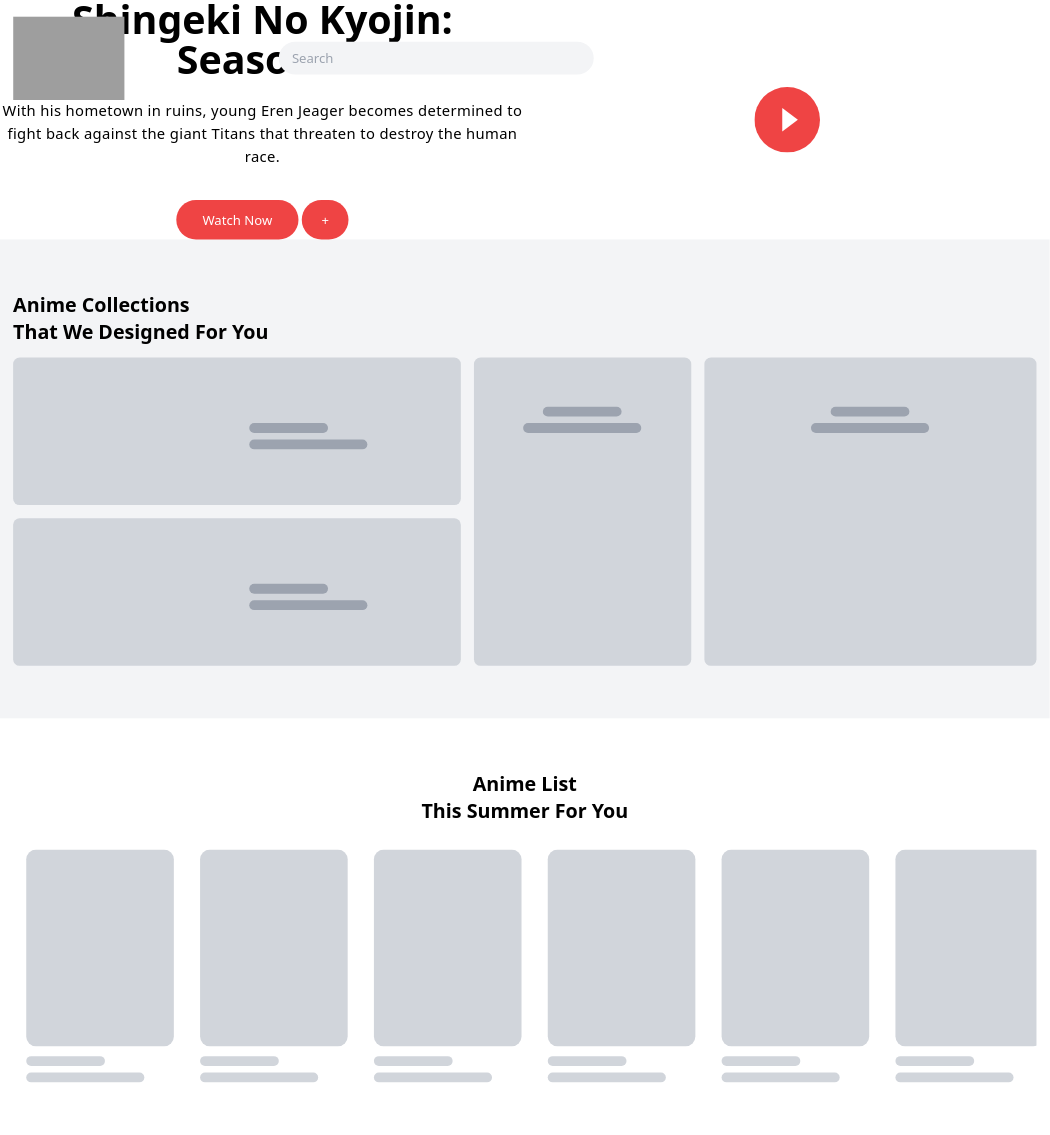
Repository: farrelmuhammad/anime-collections
Page: /
The author's editor kept a copy of each file at every save. The page is drawn from the files as they stood at one save, then again after the next save.
The browser window is 1280 px wide. The pictures show the whole page, at 82% of full size.
Pictures or frames that could not be fetched are drawn as grey boxes. The page's requests for data from a server got no answer. The project was rebuilt for these pictures with package versions that can differ from the ones it lists, and the page was loaded fresh each time. No one was signed in, and anything a server would have sent is missing. Also part of the build but not shown: src/App.css.

Above is the page before, as saved 2023-08-06 01:47:59.

### src/index.tsx
import React from 'react';
import ReactDOM from 'react-dom/client';
import "./assets/css/app.css";
import App from './App';
import reportWebVitals from './reportWebVitals';
import { BrowserRouter } from 'react-router-dom';
import { ApolloProvider } from '@apollo/client';
import client from './services/apollo-client'; // Assuming your apollo-client.ts is in the 'services' folder

const root = ReactDOM.createRoot(
  document.getElementById('root') as HTMLElement
);
root.render(
  <ApolloProvider client={client}>
    <React.StrictMode>
      <BrowserRouter>
        <App />
      </BrowserRouter>
    </React.StrictMode>
  </ApolloProvider>,
);

// If you want to start measuring performance in your app, pass a function
// to log results (for example: reportWebVitals(console.log))
// or send to an analytics endpoint. Learn more: https://bit.ly/CRA-vitals
reportWebVitals();

### src/assets/css/app.css
@import url("https://fonts.googleapis.com/css2?family=Open+Sans:wght@300;400;600&display=swap");
@tailwind base;
@tailwind components;
@tailwind utilities;

/* body {
  background-color: #16181f;
} */

/* utils */

.grid {
  grid-auto-flow: row dense;
  grid-auto-rows: minmax(180px, auto);
}

.stretched-link {
  @apply absolute inset-0 z-10;
}

/* card */

.card .card-shadow {
  @apply transition duration-300 shadow-none h-full;
}

.card:hover .card-shadow {
  @apply shadow-lg;
}

/* overlay */

.overlay {
  @apply absolute;
}

.overlay * {
  @apply transition-all duration-200;
}

.overlay.hoverable > * {
  @apply opacity-0;
}

.overlay.hoverable:hover > * {
  @apply opacity-100;
}

.overlay .video {
  @apply absolute transform bg-red-500 bg-no-repeat bg-center w-20 h-20 rounded-full items-center justify-center flex -translate-x-1/2 -translate-y-1/2;
  content: '';
  top: 50%;
  left: 50%;
  transform: translate(-50%, -50%);
  background-image: url("data:[embedded picture, 193 characters]");
}


@media only screen and (max-width: 768px) {
  .hero .hero-image,
  .hero .hero-caption {
    min-height: 90vh;
  }
  .hero .hero-cta {
    @apply w-12 h-12;
    transform: translateX(-75px) translateY(-50%);
    background-size: 37.5%;
  }
}

/* breadcrumb */

ul.breadcrumb {
  @apply flex flex-row items-center text-lg;
}

ul.breadcrumb li:not(:last-child):after {
  content: "/";
  @apply px-4;
}

ul.breadcrumb li:not(:last-child) a {
  @apply font-light;
}

ul.breadcrumb li:last-child a {
  @apply font-semibold;
}

/* slider */

.slider {
  @apply flex my-4 flex-col;
}

.slider .thumbnail {
  @apply w-screen order-last -mx-2 overflow-auto flex pl-4;
}

.slider .thumbnail .item {
  @apply rounded relative rounded-lg mb-4 cursor-pointer;
  width: 106px;
  height: 106px;
}

.slider .thumbnail .item:after {
  content: "";
  @apply transition duration-200 absolute inset-0 bg-black bg-opacity-0 border-2 border-black border-opacity-0 rounded-lg;
}

.slider .thumbnail .item.selected:after {
  content: "";
  @apply bg-opacity-25 border-opacity-100;
}

.slider .preview {
  @apply mb-4 px-4;
  height: 320px;
}

@media only screen and (min-width: 768px) {
  .slider {
    @apply flex-row;
  }
  .slider .thumbnail {
    @apply w-auto order-first block overflow-visible pl-0;
  }
  .slider .preview {
    height: 600px;
    width: 560px;
  }
}

a.cart svg g circle.dot {
  @apply hidden;
}

a.cart.cart-filled svg g circle.dot {
  @apply block;
}

button[disabled] {
  @apply bg-gray-300 hover:bg-gray-300 text-gray-400 hover:text-gray-400 cursor-not-allowed;
}

section:not(.bg-gray-100) + section.sitemap > div {
  @apply border-t;
}

### src/App.tsx
import React from 'react';
import logo from './logo.svg';
import './App.css';
import { Routes, Route } from 'react-router-dom';
import Home from './pages/Home';

function App() {
  return (
    <>
      <Routes>
        <Route path="/" element={<Home />} />
      </Routes>
    </>
  );
}

export default App;

### src/services/apollo-client.ts
import { ApolloClient, InMemoryCache } from '@apollo/client';

const client = new ApolloClient({
    uri: 'https://graphql.anilist.co', // AniList GraphQL API endpoint
    cache: new InMemoryCache(),
});

export default client;

### src/pages/Home.tsx
import React from 'react'
import Header from '../parts/Header'
import Hero from '../parts/Home/Hero'
import Categories from '../parts/Home/Categories'
import AnimeList from '../parts/Home/AnimeList'

const Home = () => {
    return (
        <>
            <Header theme="white" position="absolute" />
            <Hero />
            <Categories />
            <AnimeList />
        </>
    )
}

export default Home

### src/parts/Home/Hero.tsx
import React, { useState, useEffect } from "react";
import axios from "axios";

const Hero: React.FC = () => {
    const [randomImage, setRandomImage] = useState<string | null>(null);

    useEffect(() => {
        fetchRandomAnimeImage();
    }, []);

    const fetchRandomAnimeImage = async () => {
        try {
            const response = await axios.get("https://picsum.photos/800/600");
            console.log(response.request.responseURL);
            setRandomImage(response.request.responseURL);
        } catch (error) {
            console.error("Error fetching random image:", error);
        }
    };

    return (
        <section className="flex items-center hero">
            <div className="w-full absolute z-20 inset-0 md:relative md:w-1/2 text-center flex flex-col justify-center hero-caption">
                <h1 className="text-3xl md:text-5xl leading-tight font-semibold">
                    Shingeki No Kyojin: <br className="" />
                    Season 4
                </h1>
                <h2 className="px-8 text-base md:px-0 md:text-lg my-6 tracking-wide">
                    With his hometown in ruins, young Eren Jeager becomes determined to fight back against the giant Titans that threaten to destroy the human race.
                </h2>

                <div>
                    <a
                        href="#browse-the-room"
                        className="bg-red-500 text-white hover:bg-black hover:text-red-400 rounded-full px-8 py-3 mt-4 mr-1 inline-block flex-none transition duration-200"
                    >
                        Watch Now
                    </a>
                    <a
                        href="#browse-the-room"
                        className="bg-red-500 text-white hover:bg-black hover:text-red-400 rounded-full px-6 py-3 mt-4 inline-block flex-none transition duration-200"
                        title="Watch List"
                    >
                        +
                    </a>

                </div>
            </div>
            <div className="w-full inset-0 md:relative md:w-1/2">
                <div className="relative hero-image">
                    <div className="overlay inset-0 bg-black opacity-35 z-10"></div>
                    <div className="overlay right-0 bottom-0 md:inset-0">
                        <button
                            className="video hero-cta focus:outline-none z-30 modal-trigger"
                            data-content='<div class="w-screen pb-56 md:w-88 md:pb-56 relative z-50">
              <div class="absolute w-full h-full">
                <iframe
                  width="100%"
                  height="100%"
                  src="https://www.youtube.com/embed/3h0_v1cdUIA"
                  frameborder="0"
                  allow="accelerometer; autoplay; clipboard-write; encrypted-media; gyroscope; picture-in-picture"
                  allowfullscreen
                ></iframe>
              </div>
            </div>'
                        ></button>
                    </div>
                    {randomImage && ( // Add this condition to render the image only when randomImage is not null
                        <img
                            src={randomImage}
                            alt="hero 1"
                            className="absolute inset-0 md:relative w-full h-full object-cover object-center"
                        />
                    )}
                </div>
            </div>
        </section>
    );
};

export default Hero;

### src/parts/Home/Categories.tsx
import React, { useEffect } from "react";
// import useAsync from "../../helpers/hooks/useAsync";
import fetch from "../../helpers/fetch";

interface Category {
    id: number;
    title: string;
    imageUrl: string;
    products: number;
    ratio: {
        default: string;
        md: string;
    };
}

interface CategoriesProps { }

function Loading({ ratio }: { ratio: any }) {
    const dummy = [
        {
            id: 1,
            ratio: {
                default: "1/9",
                md: "1/4",
            },
        },
        {
            id: 2,
            ratio: {
                default: "1/9",
                md: "2/2",
            },
        },
        {
            id: 3,
            ratio: {
                default: "1/9",
                md: "2/3",
            },
        },
        {
            id: 4,
            ratio: {
                default: "1/9",
                md: "1/4",
            },
        },
    ];

    return (
        <>
            {dummy.map((item, index) => (
                <div
                    key={item.id}
                    className={`relative card ${ratio?.wrapper.default?.[item.ratio.default]
                        } ${ratio?.wrapper.md?.[item.ratio.md]}`}
                    style={{ height: index === 0 ? 180 : "auto" }}
                >
                    <div className="bg-gray-300 rounded-lg w-full h-full">
                        <div className={`overlay  ${ratio?.meta?.[item.ratio.md]}`}>
                            <div className="w-24 h-3 bg-gray-400 mt-3 rounded-full"></div>
                            <div className="w-36 h-3 bg-gray-400 mt-2 rounded-full"></div>
                        </div>
                    </div>
                </div>
            ))}
        </>
    );
}

const Categories: React.FC<CategoriesProps> = () => {
    // const { data, status, error, run, isLoading } = useAsync<{ data: Category[] }>();

    // useEffect(() => {
    //     run(
    //         fetch({
    //             url: "/api/categories/?page=1&limit=4",
    //         })
    //     );
    // }, [run]);

    const ratioClassNames = {
        wrapper: {
            default: {
                "1/9": "col-span-9 row-span-1",
            },
            md: {
                "1/4": "md:col-span-4 md:row-span-1",
                "2/2": "md:col-span-2 md:row-span-2",
                "2/3": "md:col-span-3 md:row-span-2",
            },
        },
        meta: {
            "1/9":
                "left-0 top-0 bottom-0 flex justify-center flex-col pl-48 md:pl-72",
            "1/4":
                "left-0 top-0 bottom-0 flex justify-center flex-col pl-48 md:pl-72",
            "2/2":
                "inset-0 md:bottom-auto flex justify-center md:items-center flex-col pl-48 md:pl-0 pt-0 md:pt-12",
            "2/3":
                "inset-0 md:bottom-auto flex justify-center md:items-center flex-col pl-48 md:pl-0 pt-0 md:pt-12",
        },
    };

    return (
        <section className="flex bg-gray-100 py-16 px-4" id="browse-the-room">
            <div className="container mx-auto">
                <div className="flex flex-start mb-4">
                    <h3 className="text-2xl capitalize font-semibold">
                        Anime Collections <br className="" />
                        that we designed for you
                    </h3>
                </div>
                <div className="grid grid-rows-2 grid-cols-9 gap-4">
                    {/* {isLoading ? (
                    <Loading ratio={ratioClassNames} />
                ) : (
                    data?.data.map((item, index) => {
                        return (
                            <div
                                key={item.id}
                                className={`relative card ${ratioClassNames?.wrapper.default?.[item.ratio.default]
                                    } ${ratioClassNames?.wrapper.md?.[item.ratio.md]}`}
                                style={{ height: index === 0 ? 180 : "auto" }}
                            >
                                <div className="card-shadow rounded-xl">
                                    <img
                                        src={`../../assets/images/content/${item.imageUrl}`}
                                        alt={item.title}
                                        className="w-full h-full object-cover object-center overlay overflow-hidden rounded-xl"
                                    />
                                </div>
                                <div
                                    className={`overlay  ${ratioClassNames?.meta?.[item.ratio.md]
                                        }`}
                                >
                                    <h5 className="text-lg font-semibold">{item.title}</h5>
                                    <span className="">
                                        {item.products} item{item.products > 1 ? "s" : ""}
                                    </span>
                                </div>
                            </div>
                        );
                    })
                )} */}
                    <Loading ratio={ratioClassNames} />
                </div>
            </div>
        </section>
    );
};

export default Categories;

### src/parts/Home/AnimeList.tsx
import React, { useEffect, useRef } from "react";
// import useAsync from "../../helpers/hooks/useAsync";
import fetch from "../../helpers/fetch";
import { Link } from "react-router-dom";
// import Carousel from "../../components/Carousel";
import { useQuery } from '@apollo/client';
import { GET_ANIME_LIST } from '../../graphql/queries';
// import Carousel from "../../components/Carousel";

interface DataItem {
    id: number;
    imageUrl: string;
    title: string;
    price: number;
    idc: number;
}


function Loading() {
    return (
        <>
            {Array(8)
                .fill(null)
                .map((_, index) => {
                    return (
                        <div className="px-4 relative card group" key={index}>
                            <div
                                className="rounded-xl bg-gray-300 overflow-hidden card-shadow relative"
                                style={{ width: "180px", height: "240px" }}
                            ></div>
                            <div className="w-24 h-3 bg-gray-300 mt-3 rounded-full"></div>
                            <div className="w-36 h-3 bg-gray-300 mt-2 rounded-full"></div>
                        </div>
                    );
                })}
        </>
    );
}

const AnimeList: React.FC = () => {
    // const { data, error, run, isLoading } = useAsync<{ data: Product[] }>();
    const { loading, error, data } = useQuery(GET_ANIME_LIST);
    console.log(loading, error, data);

    const refContainer = useRef<HTMLDivElement>(null);

    // useEffect(() => {
    //     run(
    //         fetch({
    //             url: "/api/products/?page=1&limit=10",
    //         })
    //     );
    // }, [run]);

    return (
        <section className="flex flex-col py-16">
            <div className="container mx-auto mb-4">
                <div className="flex justify-center text-center mb-4">
                    <h3 className="text-2xl capitalize font-semibold">
                        Anime List <br className="" />
                        this summer for you
                    </h3>
                </div>
            </div>
            <div className="overflow-x-hidden px-4" id="carousel">
                <div
                    className="overflow-x-hidden px-4"
                    id="carousel"
                    ref={refContainer}
                >
                    {refContainer.current && (
                        <div
                            className="flex -mx-4 flex-row relative"
                            style={{
                                paddingLeft:
                                    refContainer.current.getBoundingClientRect().left - 16 || 0,
                            }}
                        >
                            <Loading />
                        </div>
                    )}
                </div>

                {/* {loading ? (
                    <div
                        className="overflow-x-hidden px-4"
                        id="carousel"
                        ref={refContainer}
                    >
                        {refContainer.current && (
                            <div
                                className="flex -mx-4 flex-row relative"
                                style={{
                                    paddingLeft:
                                        refContainer.current.getBoundingClientRect().left - 16 || 0,
                                }}
                            >
                                <Loading />
                            </div>
                        )}
                    </div>
                ) : error ? (
                    JSON.stringify(error)
                ) : data.data.length === 0 ? (
                    "No Product Found"
                ) : (
                    <div
                        className="overflow-x-hidden px-4"
                        id="carousel"
                        ref={refContainer}
                    >
                        {data.map((item: DataItem) => {
                            return (
                                <div className="px-4 relative card group" key={item.id}>
                                    <div
                                        className="rounded-xl overflow-hidden card-shadow relative"
                                        style={{ width: "287px", height: "386px" }}
                                    >
                                        <div className="absolute opacity-0 group-hover:opacity-100 transition duration-200 flex items-center justify-center w-full h-full bg-black bg-opacity-35">
                                            <div className="bg-white text-black rounded-full w-16 h-16 flex items-center justify-center">
                                                <svg
                                                    className="fill-current"
                                                    width="43"
                                                    height="24"
                                                    viewBox="0 0 43 24"
                                                    fill="none"
                                                    xmlns="http://www.w3.org/2000/svg"
                                                >
                                                    <path d="M41.6557 10.0065C39.2794 6.95958 36.2012 4.43931 32.7542 2.71834C29.2355 0.961548 25.4501 0.0500333 21.4985 0.00223289C21.3896 -0.000744296 20.9526 -0.000744296 20.8438 0.00223289C16.8923 0.050116 13.1068 0.961548 9.58807 2.71834C6.14106 4.43931 3.06307 6.9595 0.686613 10.0065C-0.228871 11.1802 -0.228871 12.8198 0.686613 13.9935C3.06299 17.0404 6.14106 19.5607 9.58807 21.2817C13.1068 23.0385 16.8922 23.95 20.8438 23.9978C20.9526 24.0007 21.3896 24.0007 21.4985 23.9978C25.45 23.9499 29.2355 23.0385 32.7542 21.2817C36.2012 19.5607 39.2793 17.0405 41.6557 13.9935C42.5712 12.8196 42.5712 11.1802 41.6557 10.0065ZM10.3576 19.7406C7.13892 18.1335 4.26445 15.7799 2.04487 12.9341C1.61591 12.3841 1.61591 11.6159 2.04487 11.0659C4.26436 8.22009 7.13883 5.86646 10.3576 4.25944C11.2717 3.80311 12.2053 3.40846 13.1561 3.07436C10.71 5.27317 9.16886 8.45975 9.16886 12C9.16886 15.5403 10.7101 18.7272 13.1564 20.9259C12.2056 20.5918 11.2718 20.197 10.3576 19.7406ZM21.1712 22.2798C15.5028 22.2798 10.8913 17.6683 10.8913 11.9999C10.8913 6.33148 15.5028 1.72007 21.1712 1.72007C26.8396 1.72007 31.4511 6.33156 31.4511 12C31.4511 17.6684 26.8396 22.2798 21.1712 22.2798ZM40.2976 12.9341C38.0781 15.7798 35.2036 18.1335 31.9849 19.7405C31.0718 20.1963 30.1388 20.5892 29.1892 20.923C31.6336 18.7243 33.1736 15.5387 33.1736 11.9999C33.1736 8.45918 31.6321 5.27218 29.1856 3.07336C30.1366 3.40755 31.0705 3.80269 31.9849 4.25928C35.2036 5.86629 38.0781 8.21993 40.2976 11.0657C40.7265 11.6158 40.7265 12.384 40.2976 12.9341Z" />
                                                    <path d="M21.1712 7.60071C18.7454 7.60071 16.772 9.57417 16.772 11.9999C16.772 14.4257 18.7454 16.3991 21.1712 16.3991C23.5969 16.3991 25.5704 14.4257 25.5704 11.9999C25.5705 9.57417 23.597 7.60071 21.1712 7.60071ZM21.1712 14.6767C19.6952 14.6767 18.4944 13.476 18.4944 11.9999C18.4944 10.5239 19.6951 9.32318 21.1712 9.32318C22.6471 9.32318 23.8479 10.5239 23.8479 11.9999C23.848 13.476 22.6471 14.6767 21.1712 14.6767Z" />
                                                </svg>
                                            </div>
                                        </div>
                                        <img
                                            src={item.imageUrl}
                                            alt=""
                                            className="w-full h-full object-cover object-center"
                                        />
                                    </div>
                                    <h5 className="text-lg font-semibold mt-4">{item.title}</h5>
                                    <span className="">IDR {item.price}</span>
                                    <Link
                                        to={`/categories/${item.idc}/products/${item.id}`}
                                        className="stretched-link"
                                    ></Link>
                                </div>
                            );
                        })}
                    </div>

                )} */}
            </div>
        </section>
    );
};

export default AnimeList;

### src/graphql/queries.ts
import { gql } from '@apollo/client';

export const GET_ANIME_LIST = gql`
query ($id: Int, $page: Int, $perPage: Int, $search: String) {
    Page (page: $page, perPage: $perPage) {
      pageInfo {
        total
        currentPage
        lastPage
        hasNextPage
        perPage
      }
      media (id: $id, search: $search) {
        id
        title {
          romaji
        }
      }
    }
  }
`;

export const GET_ANIME_DETAIL = gql`
  query GetAnimeDetail($animeId: Int!) {
    Media(id: $animeId) {
      id
      title {
        romaji
      }
      coverImage {
        large
      }
      description
    }
  }
`;

Loaded but not shown: public/index.html (common file); src/reportWebVitals.ts (common file); tailwind.config.js (common file); src/parts/Header.tsx (132 lines, source omitted)

After the next save:
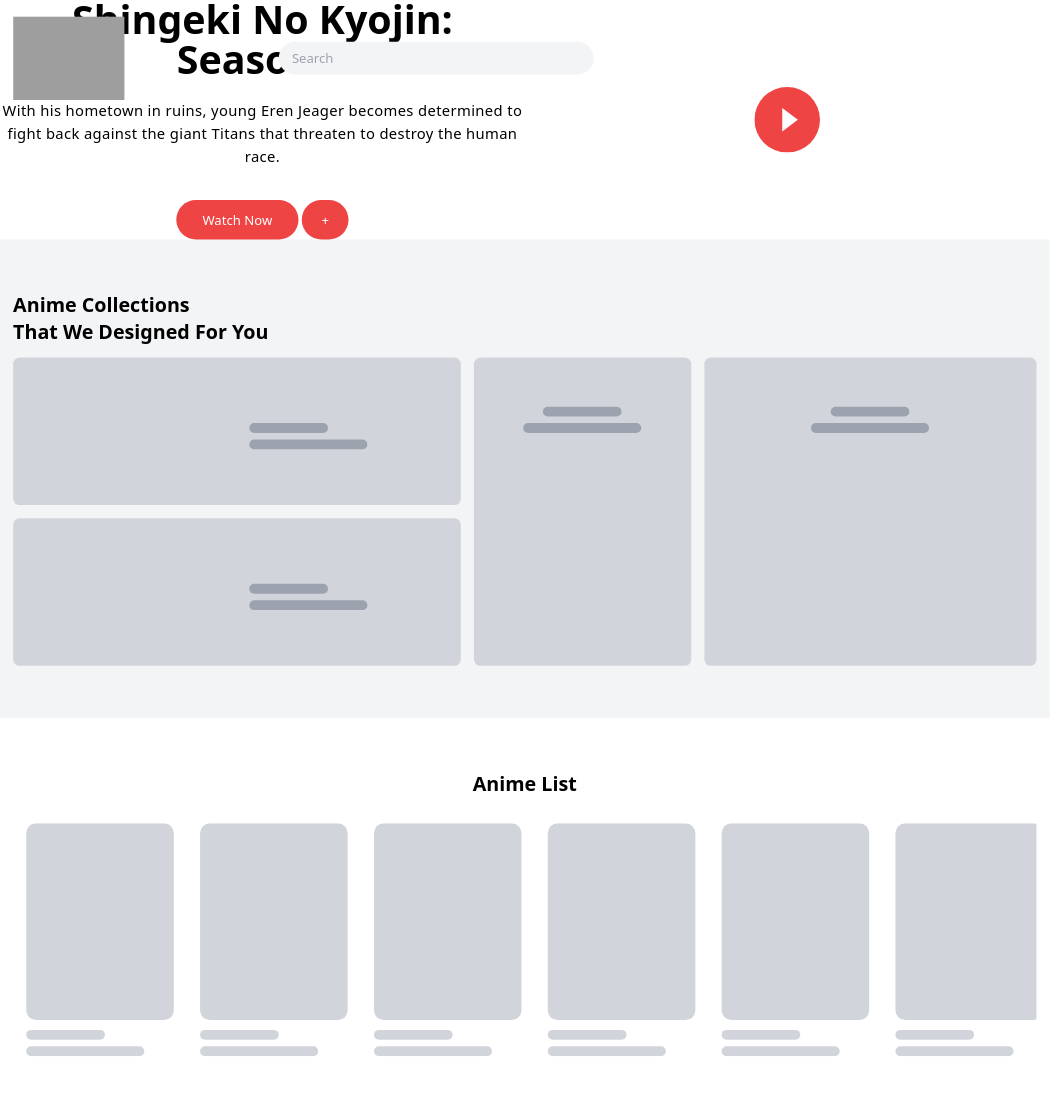
Saved 2 min 16 s later.
--- a/src/parts/Home/AnimeList.tsx
+++ b/src/parts/Home/AnimeList.tsx
@@ -58,7 +58,6 @@
                 <div className="flex justify-center text-center mb-4">
                     <h3 className="text-2xl capitalize font-semibold">
                         Anime List <br className="" />
-                        this summer for you
                     </h3>
                 </div>
             </div>
